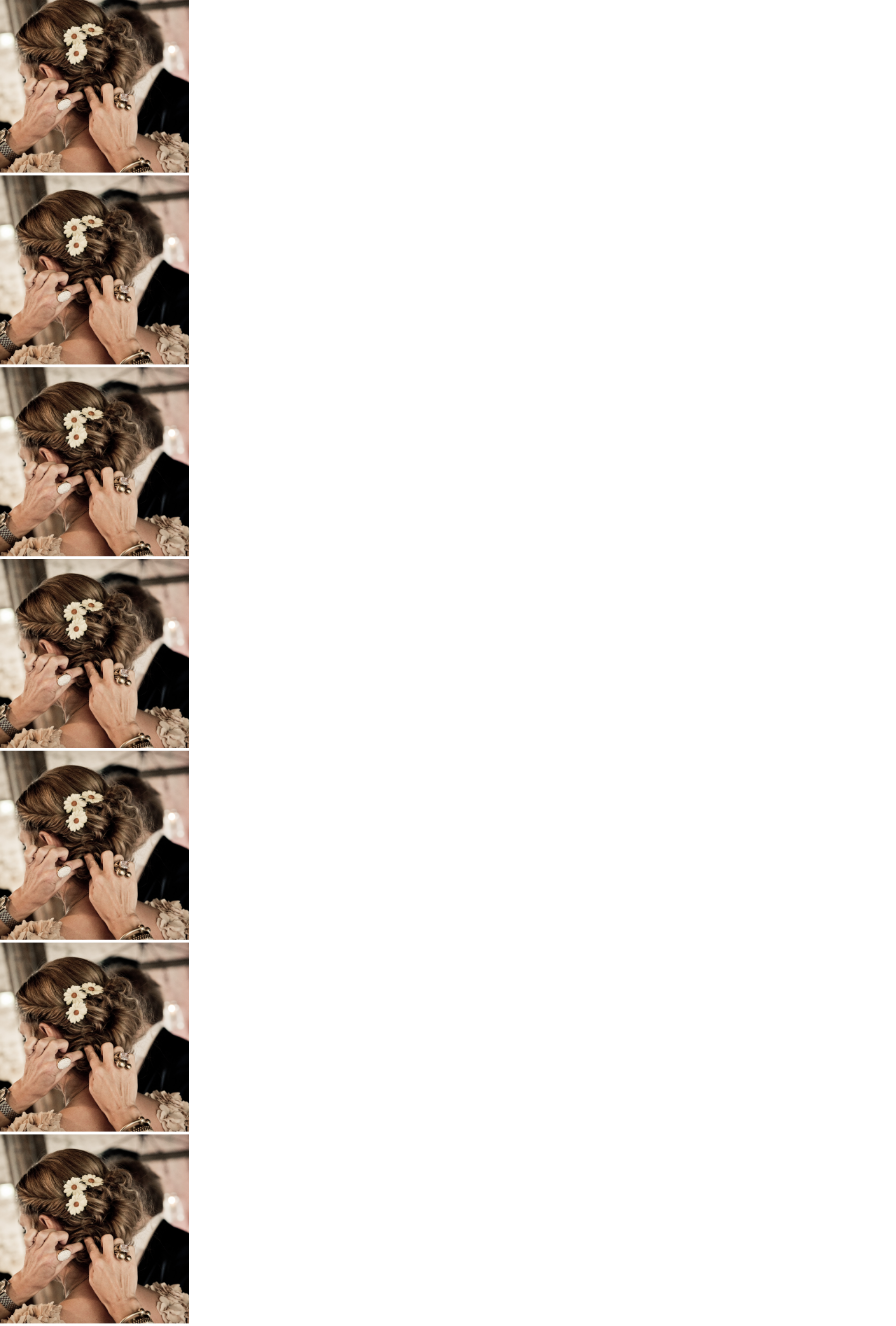
Repository: TuanHuflit2k1/clone-web01
Page: index.html
These files come from the project's save history. The page is drawn as it stood at one moment and after a run of saves; the edit follows.
The browser window is 1280 px wide. The pictures show the part of the page from y = 3032 to 4952 px (the page is 4926 px tall before and 5200 px after), at 70% of full size.
Some web libraries are served in a nearby version.

Above is the page before, as saved 2022-04-28 12:43:08.

### index.html
<!DOCTYPE html>
<html lang="en">
  <head>
    <meta charset="UTF-8" />
    <meta http-equiv="X-UA-Compatible" content="IE=edge" />
    <meta name="viewport" content="width=device-width, initial-scale=1.0" />
    <title>Beauty Salon</title>
    <!-- css file -->
    <link rel="stylesheet" href="./style.css" />
    <!-- font awesomw CDN -->
    <link
      rel="stylesheet"
      href="https://cdnjs.cloudflare.com/ajax/libs/font-awesome/6.1.1/css/all.min.css"
      integrity="sha512-KfkfwYDsLkIlwQp6LFnl8zNdLGxu9YAA1QvwINks4PhcElQSvqcyVLLD9aMhXd13uQjoXtEKNosOWaZqXgel0g=="
      crossorigin="anonymous"
      referrerpolicy="no-referrer"
    />
  </head>
  <body>
    <!-- header -->
    <header class="header" id="header">
      <div class="navbar">
        <div class="logo">
          <img src="./img/logo.svg" alt="Logo" />
        </div>
        <nav class="nav-menu" id="nav-menu">
          <ul class="nav-list">
            <li><a href="#" class="nav-link active">home</a></li>
            <li><a href="#about" class="nav-link">about</a></li>
            <li><a href="#services" class="nav-link">services</a></li>
            <li><a href="#package" class="nav-link">package</a></li>
            <li><a href="#gallery" class="nav-link">gallery</a></li>
            <li><a href="#contact" class="nav-link">contact</a></li>
          </ul>
        </nav>
        <div class="nav-toggle" id="nav-toggle">
          <i class="fas fa-bars"></i>
        </div>
      </div>
    </header>
    <!-- end header -->
    <!-- start home section -->
    <section class="home">
      <div class="container">
        <div class="home-img">
          <img src="./img/home-img.png" />
        </div>
        <div class="home-content">
          <h1>Your big day<br /><span>in style</span></h1>
          <p>
            Come see our bride 's corner and take the opportunity to schedule
            your date
          </p>
          <a href="#" class="btn btn-outline">
            <i class="fab fa-whatsapp"></i>
            Schedule your time
          </a>
        </div>
      </div>
    </section>
    <!-- end section home -->
    <!-- start section about -->
    <section class="about" id="about">
      <div class="container">
        <div class="section-title">
          <h1>our story</h1>
          <span>studio hair</span>
        </div>
        <div class="about-detail">
          <div class="about-detal-content">
            <div class="about-img">
              <img src="./img/about-img.jpg" />
            </div>
            <div class="about-description">
              <p>
                Lorem ipsum dolor sit amet consectetur adipisicing elit. Error,
                maiores!
              </p>
              <p>
                Lorem ipsum dolor sit amet consectetur adipisicing elit.
                Distinctio itaque, adipisci animi quisquam aliquid excepturi!
              </p>
              <p>
                Lorem ipsum dolor sit amet consectetur adipisicing elit.
                Blanditiis, sequi?
              </p>
            </div>
          </div>
        </div>
      </div>
    </section>
    <!-- end section about -->
    <!-- start service section -->
    <div class="services" id="services">
      <div class="services-content">
        <div class="section-title">
          <h1>services</h1>
          <span>what we do</span>
        </div>
        <div class="services-content-description">
          <div class="box">
            <div class="inner">
              <img src="./img/services/manicure.png" />
              <p>manicure</p>
            </div>
          </div>
          <div class="box">
            <div class="inner">
              <img src="./img/services/eyebrow design.png" />
              <p>eyebrow design</p>
            </div>
          </div>
          <div class="box">
            <div class="inner">
              <img src="./img/services/haircut.png" />
              <p>haircut</p>
            </div>
          </div>
          <div class="box">
            <div class="inner">
              <img src="./img/services/hairstyle.png" />
              <p>hairstyle</p>
            </div>
          </div>
          <div class="box">
            <div class="inner">
              <img src="./img/services/makeup.png" />
              <p>makeup</p>
            </div>
          </div>
          <div class="box">
            <div class="inner">
              <img src="./img/services/pedicure.png" />
              <p>pdedicure</p>
            </div>
          </div>
          <div class="box">
            <div class="inner">
              <img src="./img/services/waxing.png" />
              <p>waxing</p>
            </div>
          </div>
          <div class="box">
            <div class="inner">
              <img src="./img/services/skin cleansing.png" />
              <p>skin cleaning</p>
            </div>
          </div>
        </div>
      </div>
    </div>
    <!-- end services section -->
    <!-- start package section -->
    <div class="package" id="package">
      <div class="section-title">
        <h1>promotionam packages</h1>
        <span>for your bride 's day</span>
      </div>
      <div class="package-cards">
        <div class="card">
          <div class="card-title">
            <h1>Bronze</h1>
          </div>
          <div class="card-items">
            <div class="item">
              <i class="far fa-check-square check-icon"></i>
              <p>Hairstyle</p>
            </div>
            <div class="item">
              <i class="far fa-check-square check-icon"></i>
              <p>makeup</p>
            </div>
            <div class="item">
                <i class="far fa-check-square check-icon"></i>
                <p>nails <span>(traditional french)</span></p>
              </div>
              <div class="item">
                <i class="far fa-times-square x-icon"></i>
                <p class="not">hair removal</p>
              </div>
              <div class="item">
                <i class="far fa-times-square x-icon"></i>
                <p class="not">eyebrow design</p>
              </div>
              <div class="item">
                <i class="far fa-times-square x-icon"></i>
                <p class="not">skin cleaning</p>
              </div>
              <div class="item">
                <i class="far fa-times-square x-icon"></i>
                <p class="not"> reserved bridal room</p>
              </div>
              <div class="item">
                <i class="far fa-times-square x-icon"></i>
                <p class="not">table fruit</p>
              </div>
            <button class="btn">I want this</button>

          </div>

      </div>
      <div class="card">
        <div class="card-title">
          <h1>Bronze</h1>
        </div>
        <div class="card-items">
          <div class="item">
            <i class="far fa-check-square check-icon"></i>
            <p>Hairstyle</p>
          </div>
          <div class="item">
            <i class="far fa-check-square check-icon"></i>
            <p>makeup</p>
          </div>
          <div class="item">
              <i class="far fa-check-square check-icon"></i>
              <p>nails <span>(traditional french)</span></p>
            </div>
            <div class="item">
              <i class="far fa-times-square x-icon"></i>
              <p class="not">hair removal</p>
            </div>
            <div class="item">
              <i class="far fa-times-square x-icon"></i>
              <p class="not">eyebrow design</p>
            </div>
            <div class="item">
              <i class="far fa-times-square x-icon"></i>
              <p class="not">skin cleaning</p>
            </div>
            <div class="item">
              <i class="far fa-times-square x-icon"></i>
              <p class="not"> reserved bridal room</p>
            </div>
            <div class="item">
              <i class="far fa-times-square x-icon"></i>
              <p class="not">table fruit</p>
            </div>
            <button class="btn">I want this</button>

        </div>

    </div>
    <div class="card">
        <div class="card-title">
          <h1>Bronze</h1>
        </div>
        <div class="card-items">
          <div class="item">
            <i class="far fa-check-square check-icon"></i>
            <p>Hairstyle</p>
          </div>
          <div class="item">
            <i class="far fa-check-square check-icon"></i>
            <p>makeup</p>
          </div>
          <div class="item">
              <i class="far fa-check-square check-icon"></i>
              <p>nails <span>(traditional french)</span></p>
            </div>
            <div class="item">
              <i class="far fa-times-square x-icon"></i>
              <p class="not">hair removal</p>
            </div>
            <div class="item">
              <i class="far fa-times-square x-icon"></i>
              <p class="not">eyebrow design</p>
            </div>
            <div class="item">
              <i class="far fa-times-square x-icon"></i>
              <p class="not">skin cleaning</p>
            </div>
            <div class="item">
              <i class="far fa-times-square x-icon"></i>
              <p class="not"> reserved bridal room</p>
            </div>
            <div class="item">
              <i class="far fa-times-square x-icon"></i>
              <p class="not">table fruit</p>
            </div>
            <button class="btn">I want this</button>

        </div>

    </div>
    <div class="card">
        <div class="card-title">
          <h1>Bronze</h1>
        </div>
        <div class="card-items">
          <div class="item">
            <i class="far fa-check-square check-icon"></i>
            <p>Hairstyle</p>
          </div>
          <div class="item">
            <i class="far fa-check-square check-icon"></i>
            <p>makeup</p>
          </div>
          <div class="item">
              <i class="far fa-check-square check-icon"></i>
              <p>nails <span>(traditional french)</span></p>
            </div>
            <div class="item">
              <i class="far fa-times-square x-icon"></i>
              <p class="not">hair removal</p>
            </div>
            <div class="item">
              <i class="far fa-times-square x-icon"></i>
              <p class="not">eyebrow design</p>
            </div>
            <div class="item">
              <i class="far fa-times-square x-icon"></i>
              <p class="not">skin cleaning</p>
            </div>
            <div class="item">
              <i class="far fa-times-square x-icon"></i>
              <p class="not"> reserved bridal room</p>
            </div>
            <div class="item">
              <i class="far fa-times-square x-icon"></i>
              <p class="not">table fruit</p>
            </div>
            <button class="btn">I want this</button>
        </div>

    </div>

        </div>
      </div>
    </div>
    <!-- end package asection -->
    <!-- start galley section -->
    <section class="gallery" id="gallery">
<div class="gallery-content">
    <div class="section-title">
        <h1>gallery</h1>
        <span>the princesses of our instargram</span>
    </div>
    <div class="gallery-list-img">
        <div class="gallery-img">
            <img src="./img/img-insta/photo1.png">
        </div>
        <div class="gallery-img">
            <img src="./img/img-insta/photo1.png">
        </div>
        <div class="gallery-img">
            <img src="./img/img-insta/photo1.png">
        </div>
        <div class="gallery-img">
            <img src="./img/img-insta/photo1.png">
        </div>
        <div class="gallery-img">
            <img src="./img/img-insta/photo1.png">
        </div>
        <div class="gallery-img">
            <img src="./img/img-insta/photo1.png">
        </div>
        <div class="gallery-img">
            <img src="./img/img-insta/photo1.png">
        </div>

    </div>
</div>
    </section>
    <!-- link js -->
    <script src="./main.js"></script>
  </body>
</html>

### style.css
/* font */
@import url("https://fonts.googleapis.com/css2?family=Great+Vibes&family=Montserrat:wght@300;400;600;800&display=swap");
:root {
  --header-height: 5rem;
  --main-color: #f7e6df;
  --first-color: #75492b;
  --secon-color: #dfd6a7;
  --white-color: #fff;
  --black-color: #151515;

  --font-cursive: "Great Vibes", cursive;
  --font-body: "Montserrat", sans-serif;

  --big-font-size: 3rem;
  --h1-font-size: 2.25rem;
  --h2-font-size: 1.5rem;
  --h3-font-size: 1.25rem;
  --normal-font-size: 1rem;
  --small-font-size: 0.813rem;
}
* {
  box-sizing: border-box;
  margin: 0;
  padding: 0;
  text-decoration: none;
  list-style: none;
  outline: none;
  border: none;
}
html {
  scroll-behavior: smooth;
}
body {
  background-color: var(--white-color);
  font-size: var(--normal-font-size);
  font-family: var(--font-body);
  overflow-x: hidden;
}
/* button */
.btn {
  width: 240px;
  display: flex;
  align-items: center;
  justify-content: center;
  text-align: center;
  background-color: var(--first-color);
  color: var(--white-color);
  border: 1px solid var(--first-color);
  border-radius: 50px;
  font-size: var(--normal-font-size);
  font-weight: bold;
  text-transform: uppercase;
  line-height: 1rem;
  padding: 10px 20px;
  cursor: pointer;
  transition: all 0.4s ease;
}
.btn:hover {
  background-color: transparent;
  color: var(--first-color);
}
.btn-outline {
  width: 280px;
  background-color: transparent;
  color: var(--first-color);
  padding: 5px 10px 5px 0;
  transition: all 0.4s ease;
  position: relative;
}
.btn-outline::before {
  content: "";
  position: absolute;
  top: 0;
  left: 0;
  width: 18%;
  height: 100%;
  background-color: var(--first-color);
  border: 1px solid var(--first-color);
  border-radius: 50px;
  transition: all 0.4s ease-in-out;
}
.btn-outline i {
  margin-right: 1.5rem;
  font-size: var(--h3-font-size);
  color: var(--white-color);
  z-index: 10;
}
.btn-outline:hover::before {
  width: 100%;
  z-index: -1;
}
.btn-outline:hover {
  color: var(--white-color);
  z-index: 10;
}
/* end button */
.header {
  position: fixed;
  top: 0;
  left: 0;
  right: 0;
  height: var(--header-height);
  background-color: rgba(255, 255, 255, 0.3);
  z-index: 10000;
  transition: all 0.4s ease;
}
.scroll-header {
  background-color: var(--white-color);
  box-shadow: 0 4px 6px rgba(0, 0, 0, 0.1);
}
.navbar {
  width: 100%;
  max-width: 1200px;
  margin: 0 auto;
  display: flex;
  justify-content: space-between;
  align-items: center;
  padding: 20px;
}
.nav-menu .nav-list {
  display: flex;
}
.nav-menu li {
  margin-right: 2rem;
}
.nav-link {
  font-size: var(--normal-font-size);
  color: var(--black-color);
  font-weight: bold;
  text-transform: capitalize;
  position: relative;
  transition: all 0.4s ease;
}
.nav-link::before {
  content: "";
  position: absolute;
  width: 0;
  left: 0;
  bottom: 0;
  height: 2px;
  background-color: var(--first-color);
  transition: all 0.4s ease-in-out;
}
.nav-link:hover::before {
  width: 100%;
}
.nav-link:hover,
.nav-link.active {
  color: var(--first-color);
}
.nav-toggle {
  font-size: var(--h1-font-size);
  padding: 5px 5px 0;
  border: 2px solid transparent;
  cursor: pointer;
  z-index: 100;
  display: none;
}
.nav-toggle:hover {
  color: var(--first-color);
  border: 2px solid var(--first-color);
}
/* Start Home Section */
.home {
  width: 100%;
  height: 100vh;
  background-color: var(--main-color);
  border-radius: 0 0 300px 0;
}
.home .container {
  max-width: 1200px;
  margin: 0 auto;
  display: flex;
  flex-wrap: wrap;
}
.home .home-img img {
  max-width: 100%;
  height: 100%;
}
.home .home-content {
  width: 40%;
  height: 100vh;
  display: flex;
  flex-direction: column;
  align-items: flex-start;
  justify-content: center;
}
.home-content h1 {
  font-family: var(--font-cursive);
  font-size: 4rem;
  line-height: 3.5rem;
  letter-spacing: 4px;
  color: var(--first-color);
  margin-bottom: 1.5rem;
}
.home-content p {
  font-weight: 400;
  line-height: 1.5rem;
  letter-spacing: 2px;
  color: var(--black-color);
  margin-bottom: 1.5rem;
}

/* End Home Section */
/* start about section */
.about {
  width: 100%;
  padding: 7rem 0;
  background-image: url(./img/arabesque-left-bottom.svg);
  background-repeat: no-repeat;
  background-position: bottom left;
  z-index: -1;
}
.about .container {
  max-width: 1200px;
  margin: 0 auto;
  display: flex;
  flex-wrap: wrap;
}
.section-title {
  text-align: center;
  margin: 0 auto;
}
.section-title h1 {
  font-family: var(--font-cursive);
  font-size: var(--big-font-size);
  font-weight: 400;
  line-height: 3rem;
  color: var(--first-color);
}
.section-title span {
  font-weight: 300;
  font-size: var(--h2-font-size);
  line-height: 1.5rem;
  color: var(--black-color);
}
.about-detail {
  width: 100%;
  padding: 2rem;
}
.about-detal-content {
  display: grid;
  grid-template-columns: repeat(2, 1fr);
  gap: 1rem;
  align-items: center;
  border: 2px solid var(--first-color);
  border-radius: 30px;
  padding: 1rem;
}
.about-img img {
  width: 100%;
  border-radius: 30px;
  filter: drop-shadow(16px 16px 16px rgba(0, 0, 0, 0.25));
}
.about-description {
  position: relative;
  padding: 2rem;
}
.about-description::before {
  content: "";
  position: absolute;
  width: 100%;
  height: 110%;
  top: -10%;
  left: 0;
  background-color: var(--main-color);
  border-radius: 30px;
  box-shadow: 4px 8px 16px rgba(0, 0, 0, 0.25);
  z-index: -1;
}
.about-description p {
  font-weight: 400;
  line-height: 2rem;
  color: var(--black-color);
}
/* start services section */

.services {
  width: 100%;
  padding: 7rem 0;
  background-image: url(./img/arabesque-left-top.svg);
  background-repeat: no-repeat;
  background-position: top left;
  z-index: -1;
}
.services-content {
  max-width: 1200px;
  margin: 0 auto;
  display: flex;
  flex-wrap: wrap;
}
.services-content-description {
  width: 100%;
  max-width: 1200px;
  margin: 0 auto;
  padding: 2rem;
  text-align: center;
  display: grid;
  grid-template-columns: repeat(4, 1fr);
  gap: 10px;
}
.services-content-description .box {
  padding: 20px;
}
.services-content-description .box .inner img {
  width: 90px;
  margin-bottom: 1rem;
}
.services-content-description .box .inner {
  font-size: var(--h3-font-size);
  font-weight: 800;
  text-transform: capitalize;
  color: var(--first-color);
  padding: 10px;
  position: relative;
}
.services-content-description .box .inner::before,
.services-content-description .box .inner::after {
  content: "";
  position: absolute;
  width: 0;
  height: 0;
  box-sizing: border-box;
  transition: all 0.8s ease;
}
.services-content-description .box .inner::before {
  bottom: 0;
  left: 0;
  border-bottom: 3px solid transparent;
  border-left: 3px solid transparent;
}
.services-content-description .box .inner::after {
  top: 0;
  right: 0;
  border-top: 3px solid transparent;
  border-right: 3px solid transparent;
}
.services-content-description .box:hover .inner::before,
.services-content-description .box:hover .inner::after {
  width: 100%;
  height: 100%;
  border-color: var(--first-color);
}
/* end services section */
/* start package */
.package {
  width: 100%;
  padding: 7rem 0;
  background-color: var(--main-color);
  border-radius: 0 300px;
}
.package-cards {
  max-width: 1200px;
  display: flex;
  flex-wrap: wrap;
  margin: 0 auto;
}
.card {
  background-color: var(--white-color);
  box-shadow: 8px 8px 16px rgba(0, 0, 0, 0.25);
  border-radius: 30px;
  padding: 1.5rem;
  margin: 10px auto;
  transition: all 0.4s ease-in-out;
  cursor: pointer;
}
.card:hover {
  transform: scale(1.1);
}
.card-title {
  text-align: center;
  margin-bottom: 1.5rem;
}
.card-title h1 {
  font-weight: bold;
  font-size: var(--h1-font-size);
  line-height: 2, 25rem;
  color: var(--black-color);
}
.card-items {
  margin-bottom: 1rem;
}
.card-items .item p {
  font-weight: bold;
  line-height: 1.5rem;
  color: var(--first-color);
  margin-left: 0.5rem;
}
.item {
  display: flex;
  align-items: center;
}
.card-items .item p span {
  font-size: var(--small-font-size);
  font-weight: 300;
}
.item .check-icon,
.item .x-icon {
  font-size: var(--h3-font-size);
}
.item .x-icon,
.item .not {
  color: var(--secon-color);
}
.item .check-icon {
  color: var(--first-color);
}
.card-items button {
  margin: 1rem auto 0;
}
@media (max-width: 920px) {
  .nav-menu {
    position: absolute;
    top: 0;
    right: 0;
    width: 0;
    height: 100vh;
    background-color: var(--main-color);
    font-size: var(--h2-font-size);
    text-align: center;
    text-transform: capitalize;
    padding-top: var(--header-height);
    box-shadow: 0 0 5px rgba(0, 0, 0, 0.4);
    transition: all 0.4s ease-in-out;
  }
  .show-nav {
    width: 60%;
  }
  .nav-menu .nav-list {
    display: block;
  }
  .nav-menu li {
    padding: 15px 0;
  }
  .nav-link {
    font-size: var(--h3-font-size);
  }
  .nav-toggle {
    display: block;
  }
  .home .home-img img {
    display: none;
  }
  .home .home-content {
    width: 100%;
    height: 100vh;
    display: flex;
    justify-content: center;
    align-items: center;
  }
  .home-content h1 {
    font-size: var(--big-font-size);
  }
  .home-content p {
    padding: 0 2rem;
  }
  .about-detal-content {
    grid-template-columns: unset;
  }
  .services-content-description {
    grid-template-columns: repeat(2, 1fr);
  }
}
@media (max-width: 560px) {
  .services-content-description {
    grid-template-columns: unset;
  }
}

### main.js
//Show Navbar
const nav = document.querySelector(".nav-menu");
const toggle = document.querySelector(".nav-toggle");
toggle.onclick = () => {
  nav.classList.toggle("show-nav");
};
//Remove bar
const navLink = document.querySelectorAll(".nav-link");
function linkAction() {
  nav.classList.remove("show-nav");
}
navLink.forEach((n) => n.addEventListener("click", linkAction));
//change active color
function colorLink() {
  if (navLink) {
    navLink.forEach((n) => n.classList.remove("active"));
    this.classList.add("active");
  }
}
navLink.forEach((l) => l.addEventListener("click", colorLink));

After the next 8 saves:
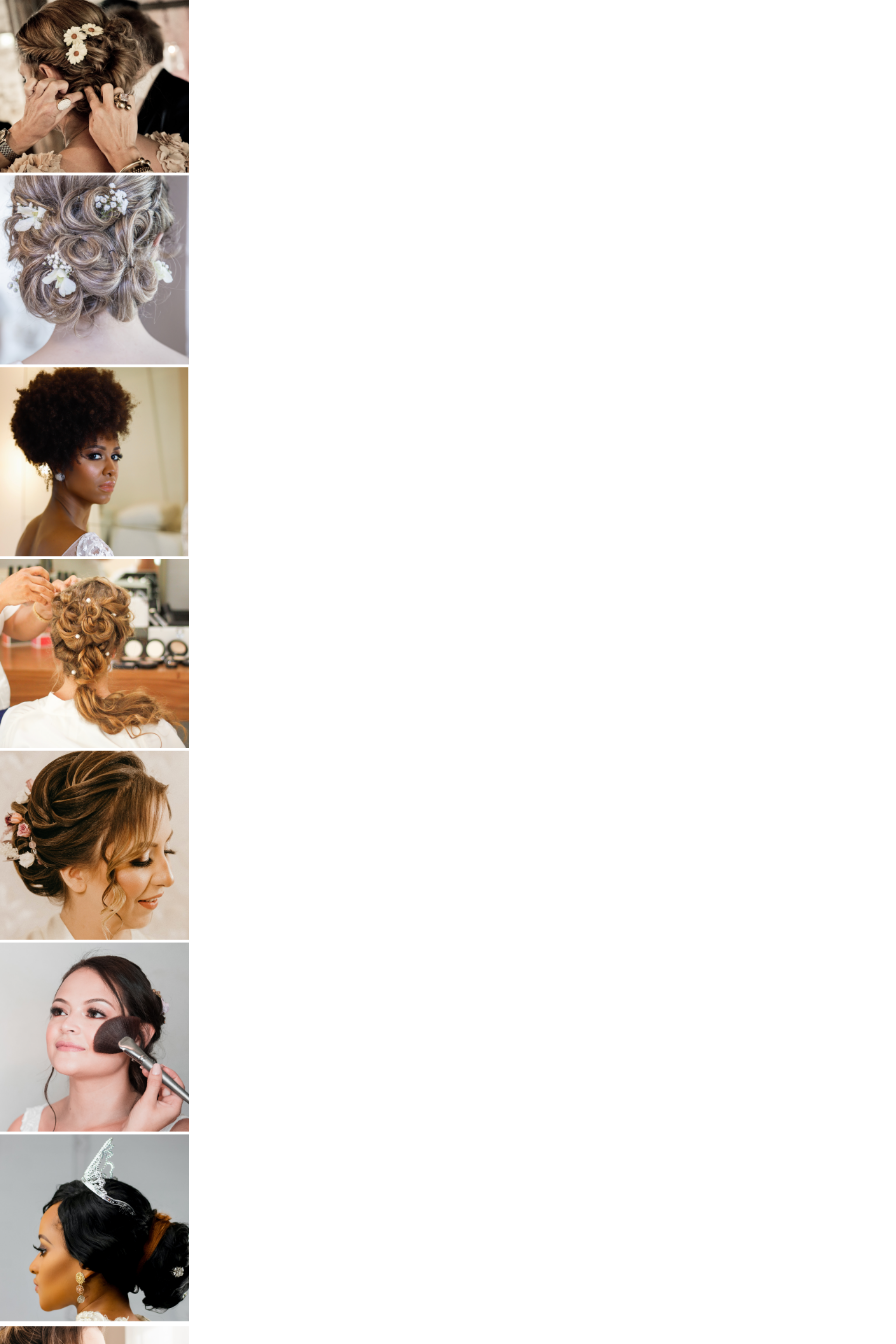
The 8 saves are shown as one change because they came seconds apart.
The last was saved 26 s later.
--- a/index.html
+++ b/index.html
@@ -341,24 +341,26 @@
             <img src="./img/img-insta/photo1.png">
         </div>
         <div class="gallery-img">
-            <img src="./img/img-insta/photo1.png">
-        </div>
-        <div class="gallery-img">
-            <img src="./img/img-insta/photo1.png">
-        </div>
-        <div class="gallery-img">
-            <img src="./img/img-insta/photo1.png">
-        </div>
-        <div class="gallery-img">
-            <img src="./img/img-insta/photo1.png">
-        </div>
-        <div class="gallery-img">
-            <img src="./img/img-insta/photo1.png">
-        </div>
-        <div class="gallery-img">
-            <img src="./img/img-insta/photo1.png">
-        </div>
-
+            <img src="./img/img-insta/photo2.png">
+        </div>
+        <div class="gallery-img">
+            <img src="./img/img-insta/photo3.png">
+        </div>
+        <div class="gallery-img">
+            <img src="./img/img-insta/photo4.png">
+        </div>
+        <div class="gallery-img">
+            <img src="./img/img-insta/photo5.png">
+        </div>
+        <div class="gallery-img">
+            <img src="./img/img-insta/photo6.png">
+        </div>
+        <div class="gallery-img">
+            <img src="./img/img-insta/photo7.png">
+        </div>
+        <div class="gallery-img">
+            <img src="./img/img-insta/photo8.png">
+        </div>
     </div>
 </div>
     </section>
